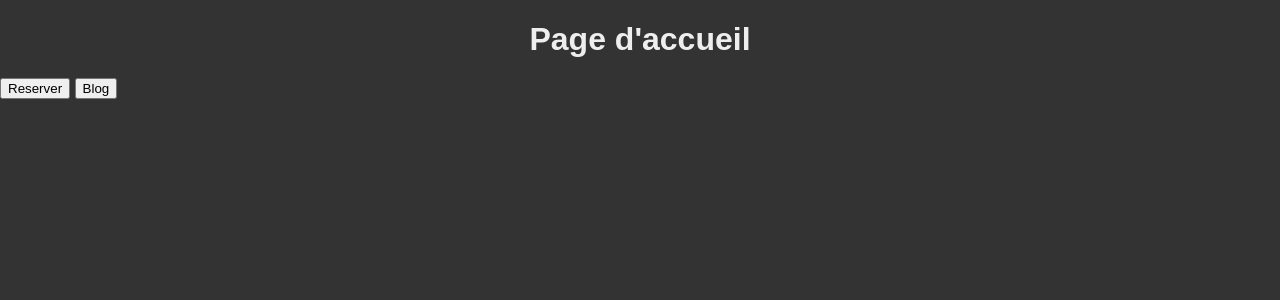
Repository: Crosnierpaul/Les_Rangers_de_Pouvoir
Page: http://localhost/
These files come from the project's save history. The page is drawn as it stood at one moment and after a run of saves; the edit follows.
The browser window is 1280 px wide. The pictures show the whole page.
The page is served by the project's Node server (server.js).

Above is the page before, as saved 2024-04-25 16:05:34.

After the next 2 saves:
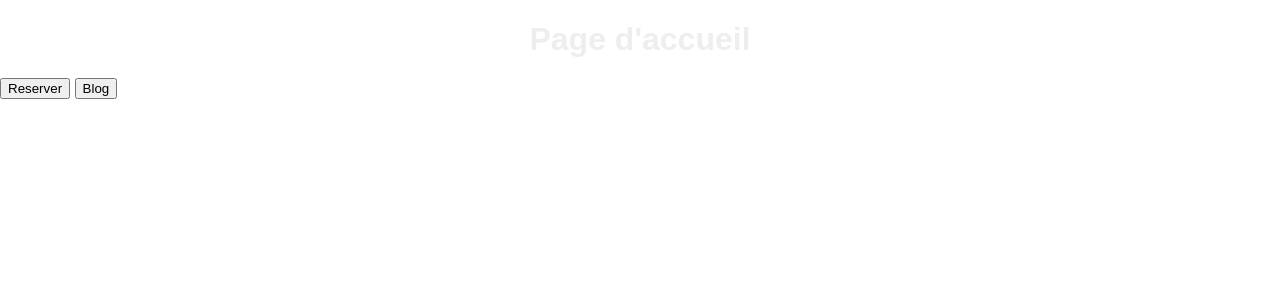
The 2 saves are shown as one change because they came seconds apart.
The last was saved 5 s later.
--- a/site/public/css/style.css
+++ b/site/public/css/style.css
@@ -2,7 +2,7 @@
     font-family: Arial, sans-serif;
     margin: 20px;
     padding: 0;
-    background-color: #333333;
+    background-color: #00ffbf333;
 }
 
 h1, h2 {

After the save that followed:
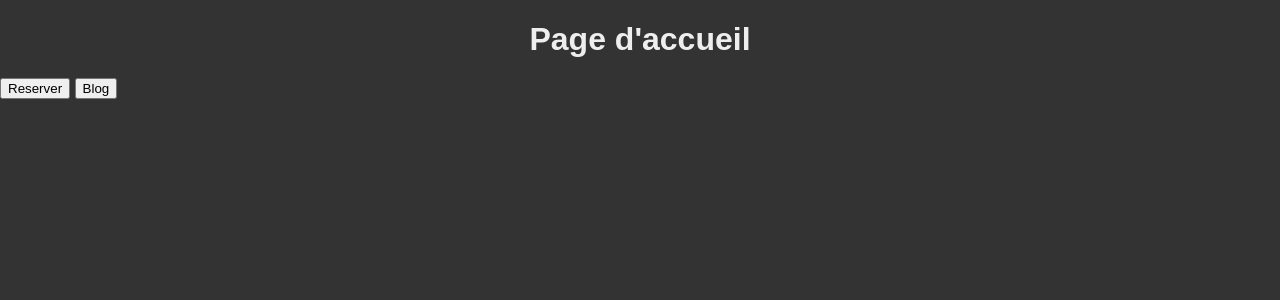
Saved 5 s later.
--- a/site/public/css/style.css
+++ b/site/public/css/style.css
@@ -2,7 +2,7 @@
     font-family: Arial, sans-serif;
     margin: 20px;
     padding: 0;
-    background-color: #00ffbf333;
+    background-color: #333333;
 }
 
 h1, h2 {
